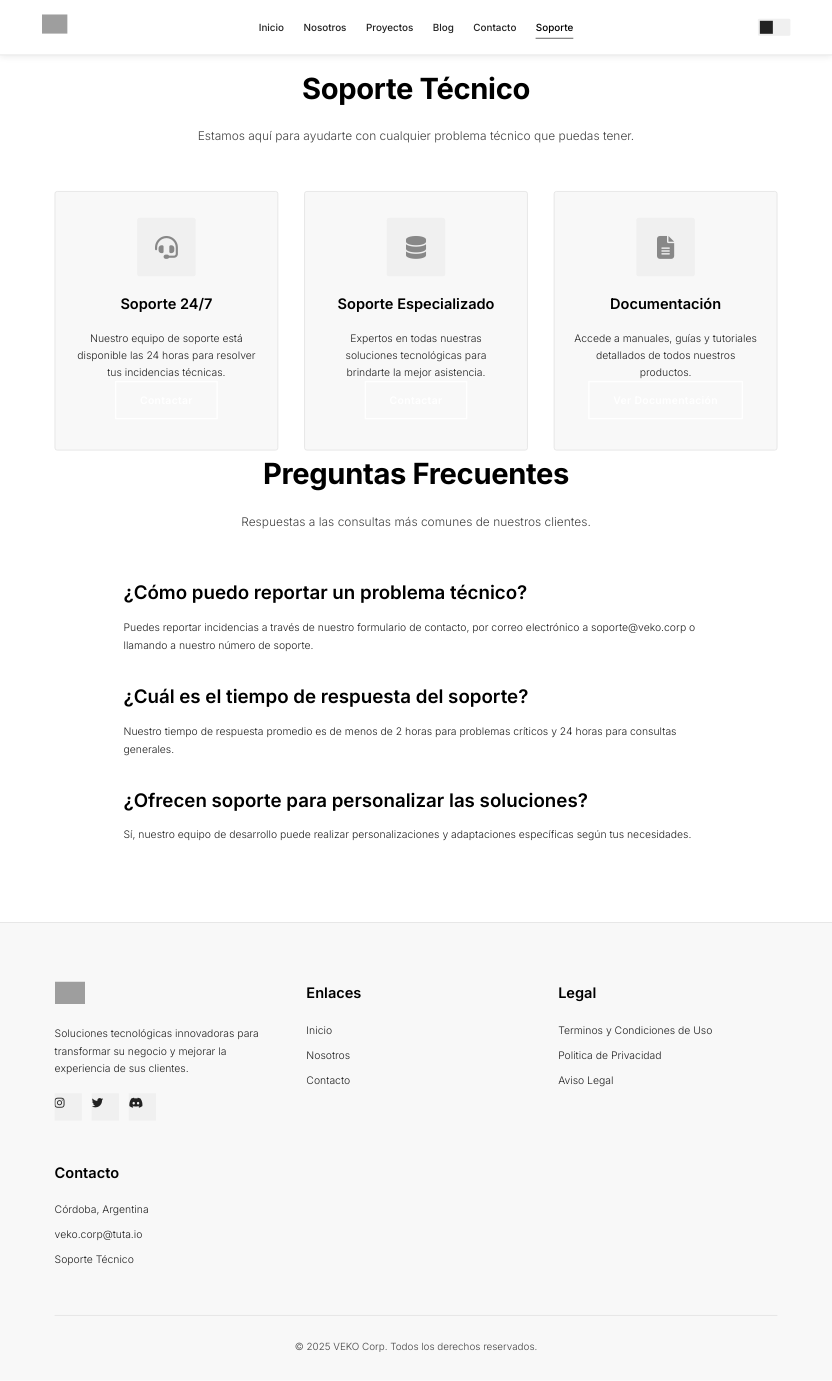
Repository: VEKO-Corp/veko-web
Page: soporte.html
An editor plug-in stored every save of this project. The page is shown before and after the next save, followed by the edit.
The browser window is 1280 px wide. The pictures show the whole page, at 65% of full size.
Pictures or frames that could not be fetched are drawn as grey boxes.

Above is the page before, as saved 2025-08-11 21:45:24.

After the next save:
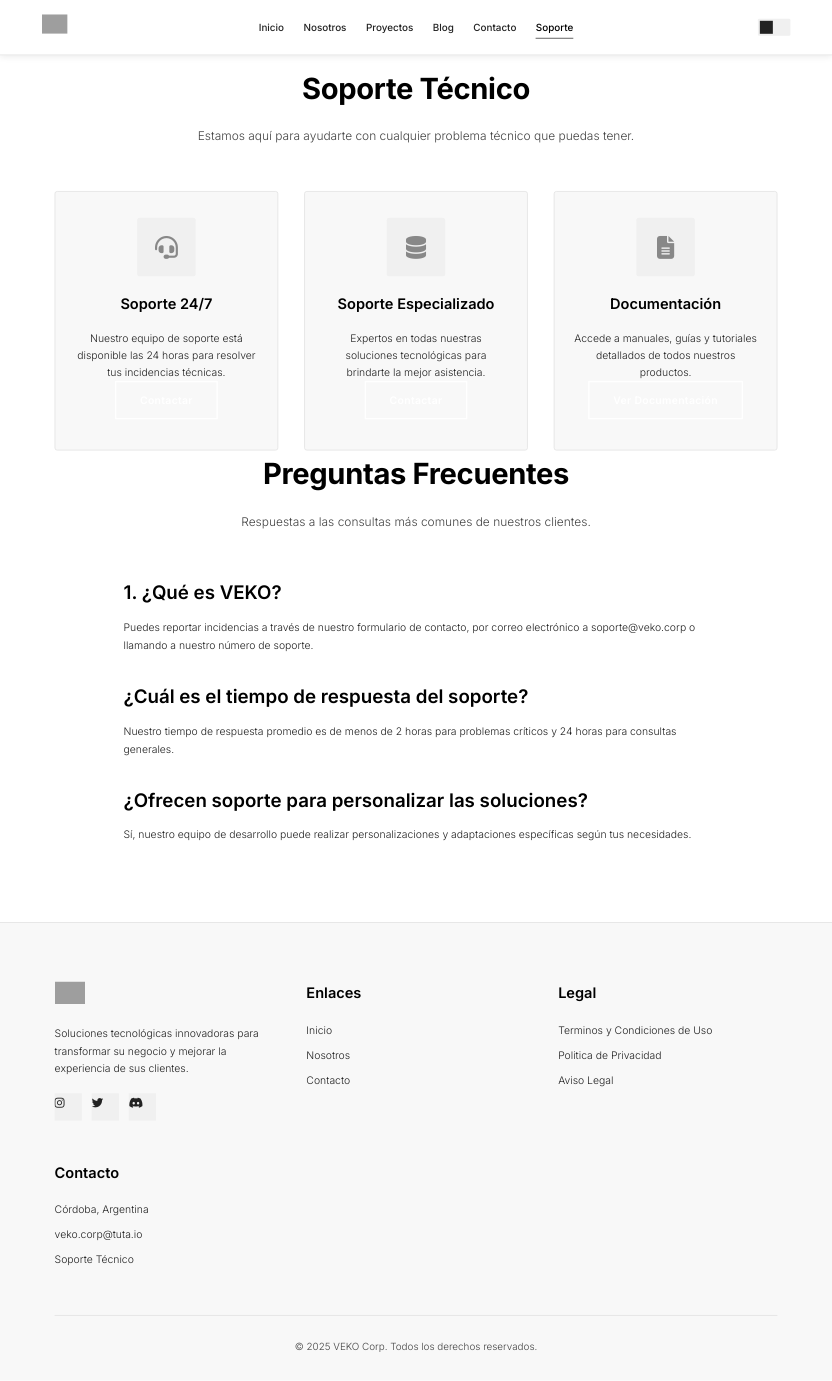
Saved 2 min 26 s later.
--- a/soporte.html
+++ b/soporte.html
@@ -67,7 +67,7 @@
             </div>
 
             <div class="content-container">
-                <h3>¿Cómo puedo reportar un problema técnico?</h3>
+                <h3>1. ¿Qué es VEKO?</h3>
                 <p>Puedes reportar incidencias a través de nuestro formulario de contacto, por correo electrónico a soporte@veko.corp o llamando a nuestro número de soporte.</p>
 
                 <h3>¿Cuál es el tiempo de respuesta del soporte?</h3>
